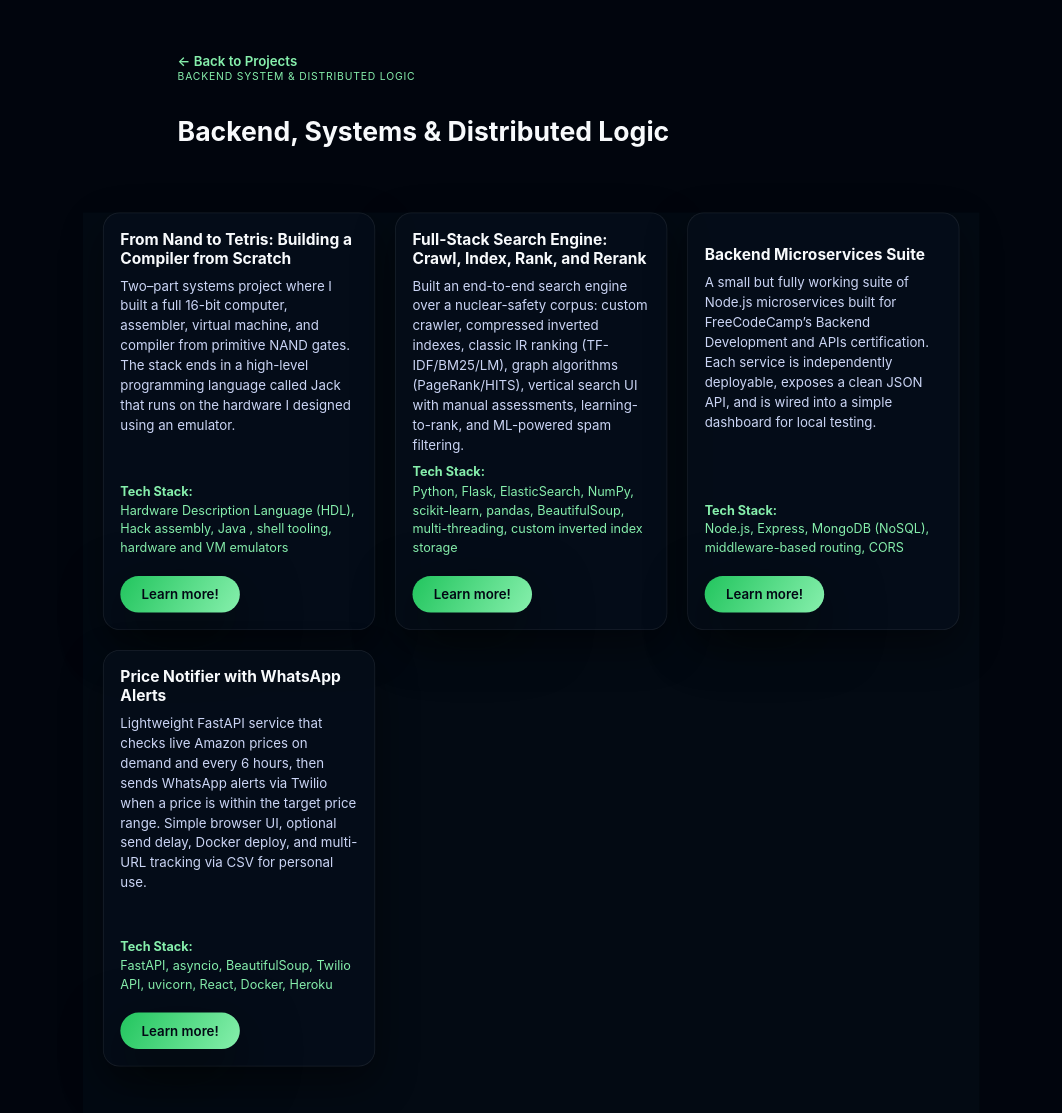
Repository: Abdulaziz-04/Abdulaziz-04.github.io
Page: projects/backend_systems.html
These files come from the project's save history. The page is drawn as it stood at one moment and after the next save; the edit follows.
The browser window is 1280 px wide. The pictures show the whole page, at 83% of full size.

Above is the page before, as saved 2025-11-21 21:28:37.

### projects/backend_systems.html
<!DOCTYPE html>
<html lang="en">
  <head>
    <meta charset="UTF-8" />
    <meta name="viewport" content="width=device-width, initial-scale=1" />
    <title>Backend, Systems &amp; Distributed Logic | Projects</title>
    <link rel="stylesheet" href="../assets/css/styles.css" />
  </head>
  <body class="category-page">
    <header class="category-hero">
      <a class="category-back" href="../index.html#projects"
        >&larr; Back to Projects</a
      >
      <a class="category-pill" href="../index.html#projects"
        >Backend System &amp; Distributed Logic</a
      >
      <br />
      <h1>Backend, Systems &amp; Distributed Logic</h1>
    </header>
    <main class="section category-section">
      <div class="project-modal-grid">
        <article class="project-modal-card">
          <div class="project-modal__body">
            <h3>From Nand to Tetris: Building a Compiler from Scratch</h3>
            <p class="project-modal__summary">
              Two–part systems project where I built a full 16-bit computer,
              assembler, virtual machine, and compiler from primitive NAND
              gates. The stack ends in a high-level programming language called
              Jack that runs on the hardware I designed using an emulator.
            </p>
            <p class="project-modal__tech">
              <strong>Tech Stack:</strong>
              Hardware Description Language (HDL), Hack assembly, Java , shell
              tooling, hardware and VM emulators
            </p>
            <div class="project-modal__actions">
              <a
                class="btn primary"
                href="../deepdives/backend_systems/nand2tetris/nand2tetris.html"
                >Learn more!</a
              >
            </div>
          </div>
        </article>
        <article class="project-modal-card">
          <div class="project-modal__body">
            <h3>Full-Stack Search Engine: Crawl, Index, Rank, and Rerank</h3>
            <p class="project-modal__summary">
              Built an end-to-end search engine over a nuclear-safety corpus:
              custom crawler, compressed inverted indexes, classic IR ranking
              (TF-IDF/BM25/LM), graph algorithms (PageRank/HITS), vertical
              search UI with manual assessments, learning-to-rank, and
              ML-powered spam filtering.
            </p>
            <p class="project-modal__tech">
              <strong>Tech Stack:</strong>
              Python, Flask, ElasticSearch, NumPy, scikit-learn, pandas,
              BeautifulSoup, multi-threading, custom inverted index storage
            </p>
            <div class="project-modal__actions">
              <a
                class="btn primary"
                href="../deepdives/backend_systems/search_engine/search_engine.html"
                >Learn more!</a
              >
            </div>
          </div>
        </article>

        <article class="project-modal-card">
          <div class="project-modal__body">
            <h3>Backend Microservices Suite</h3>
            <p class="project-modal__summary">
              A small but fully working suite of Node.js microservices built for
              FreeCodeCamp’s Backend Development and APIs certification. Each
              service is independently deployable, exposes a clean JSON API, and
              is wired into a simple dashboard for local testing.
            </p>
            <p class="project-modal__tech">
              <strong>Tech Stack:</strong>
              Node.js, Express, MongoDB (NoSQL), middleware-based routing, CORS
            </p>
            <div class="project-modal__actions">
              <a
                class="btn primary"
                href="../deepdives/backend_systems/microservices/microservices.html"
                >Learn more!</a
              >
            </div>
          </div>
        </article>

        <article class="project-modal-card">
          <div class="project-modal__body">
            <h3>Price Notifier with WhatsApp Alerts</h3>
            <p class="project-modal__summary">
              Lightweight FastAPI service that checks live Amazon prices on
              demand and every 6 hours, then sends WhatsApp alerts via Twilio
              when a price is within the target price range. Simple browser UI,
              optional send delay, Docker deploy, and multi-URL tracking via CSV
              for personal use.
            </p>
            <p class="project-modal__tech">
              <strong>Tech Stack:</strong> FastAPI, asyncio, BeautifulSoup,
              Twilio API, uvicorn, React, Docker, Heroku
            </p>
            <div class="project-modal__actions">
              <a
                class="btn primary"
                href="../deepdives/backend_systems/price_notifier/price_notifier.html"
                >Learn more!</a
              >
            </div>
          </div>
        </article>
      </div>
    </main>
  </body>
</html>

Loaded but not shown: assets/css/styles.css (941 lines, source omitted)

After the next save:
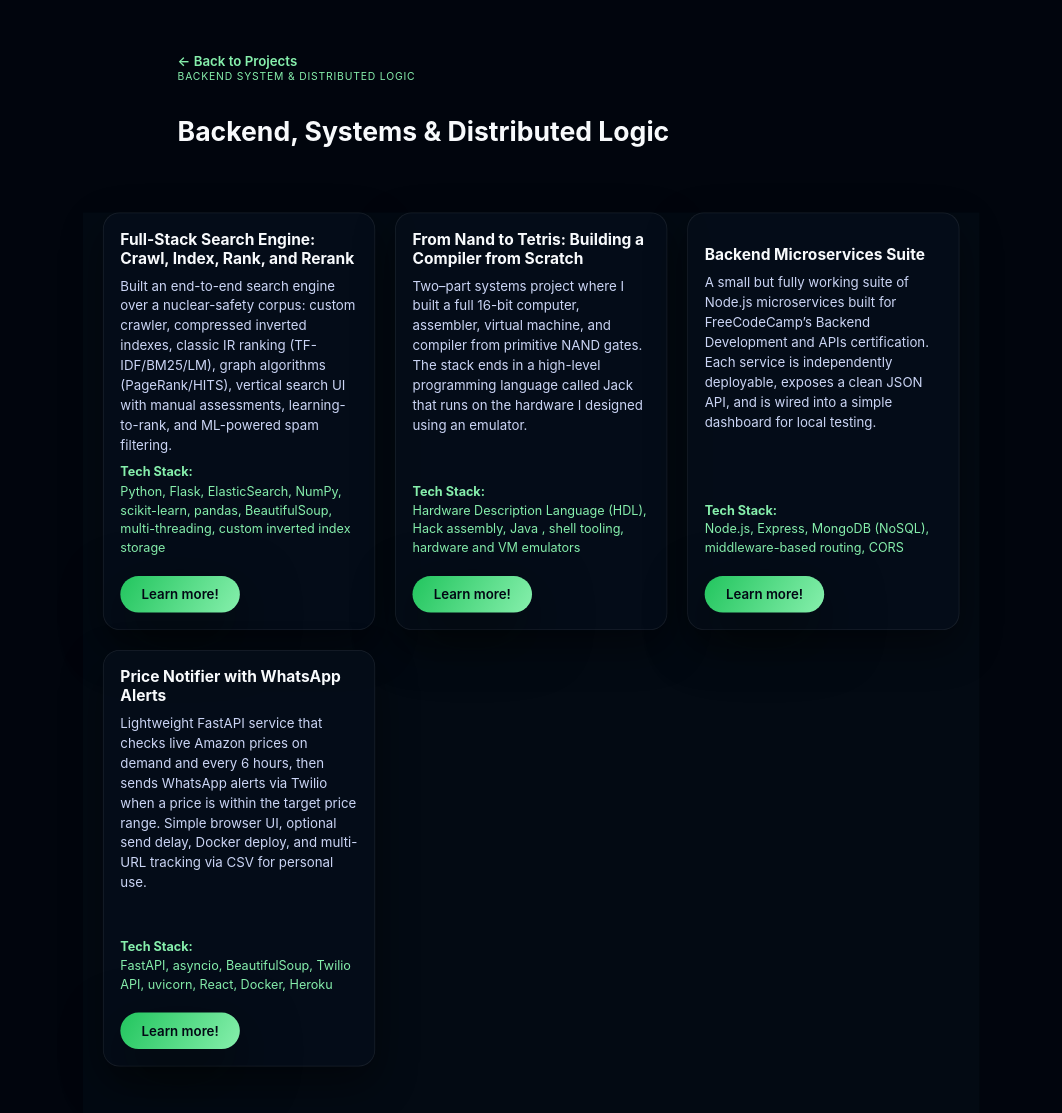
Saved 19 s later.
--- a/projects/backend_systems.html
+++ b/projects/backend_systems.html
@@ -21,29 +21,6 @@
       <div class="project-modal-grid">
         <article class="project-modal-card">
           <div class="project-modal__body">
-            <h3>From Nand to Tetris: Building a Compiler from Scratch</h3>
-            <p class="project-modal__summary">
-              Two–part systems project where I built a full 16-bit computer,
-              assembler, virtual machine, and compiler from primitive NAND
-              gates. The stack ends in a high-level programming language called
-              Jack that runs on the hardware I designed using an emulator.
-            </p>
-            <p class="project-modal__tech">
-              <strong>Tech Stack:</strong>
-              Hardware Description Language (HDL), Hack assembly, Java , shell
-              tooling, hardware and VM emulators
-            </p>
-            <div class="project-modal__actions">
-              <a
-                class="btn primary"
-                href="../deepdives/backend_systems/nand2tetris/nand2tetris.html"
-                >Learn more!</a
-              >
-            </div>
-          </div>
-        </article>
-        <article class="project-modal-card">
-          <div class="project-modal__body">
             <h3>Full-Stack Search Engine: Crawl, Index, Rank, and Rerank</h3>
             <p class="project-modal__summary">
               Built an end-to-end search engine over a nuclear-safety corpus:
@@ -61,6 +38,30 @@
               <a
                 class="btn primary"
                 href="../deepdives/backend_systems/search_engine/search_engine.html"
+                >Learn more!</a
+              >
+            </div>
+          </div>
+        </article>
+
+        <article class="project-modal-card">
+          <div class="project-modal__body">
+            <h3>From Nand to Tetris: Building a Compiler from Scratch</h3>
+            <p class="project-modal__summary">
+              Two–part systems project where I built a full 16-bit computer,
+              assembler, virtual machine, and compiler from primitive NAND
+              gates. The stack ends in a high-level programming language called
+              Jack that runs on the hardware I designed using an emulator.
+            </p>
+            <p class="project-modal__tech">
+              <strong>Tech Stack:</strong>
+              Hardware Description Language (HDL), Hack assembly, Java , shell
+              tooling, hardware and VM emulators
+            </p>
+            <div class="project-modal__actions">
+              <a
+                class="btn primary"
+                href="../deepdives/backend_systems/nand2tetris/nand2tetris.html"
                 >Learn more!</a
               >
             </div>
